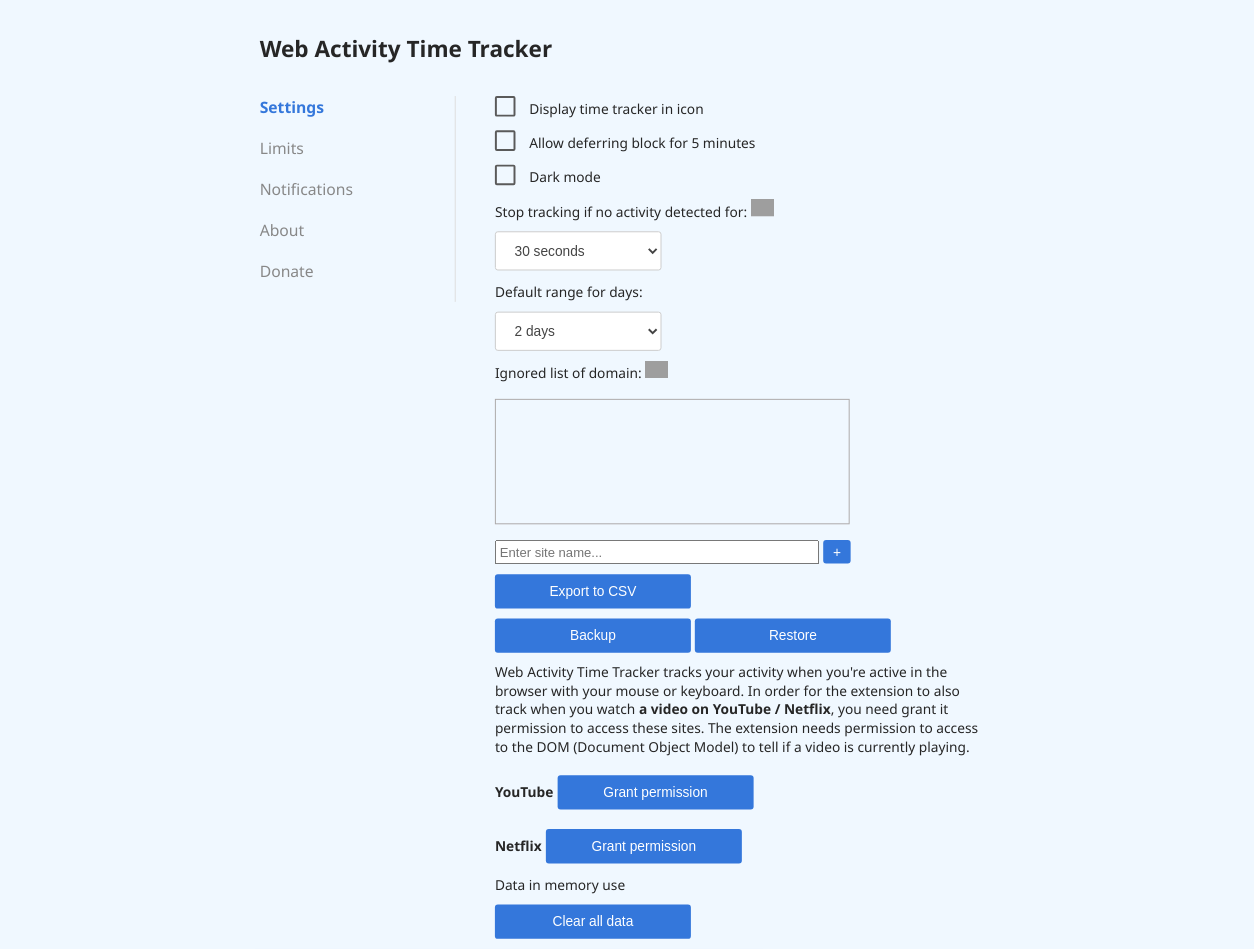
Repository: Inakhoyan/Lab-Project
Page: options.html
An editor plug-in stored every save of this project. The page is shown before and after the next save, followed by the edit.
The browser window is 1280 px wide. The pictures show the whole page, at 98% of full size.
Pictures or frames that could not be fetched are drawn as grey boxes.

Above is the page before, as saved 2022-11-19 00:18:38.

### options.html
<!DOCTYPE html>
<html lang="en">
<head>
    <head>
        <meta charset="utf-8">
        <title>Web Activity Time Tracker</title>
        <!-- <link href="style/picker/standalone.min.css" rel="stylesheet">
        <link href="style/picker/clockpicker.min.css" rel="stylesheet"> -->
        <link href="style/settings.css" rel="stylesheet">
        <script src="scripts/common.js"></script>
        <script src="scripts/storage.js"></script>
        <script src="scripts/settings.js"></script>
        <script src="scripts/restriction.js"></script>
        <script src="scripts/url.js"></script>
        <!-- <script src="scripts/picker/jquery-3.3.1.min.js"></script>
        <script src="scripts/picker/clockpicker.min.js"></script> -->
    </head>
</head>
<body>
    <body>
        <div class="content">
            <div class="header">
                <p class="title">Web Activity Time Tracker</p>
            </div>
            <div id="nav" class="nav">
                <a id="settingsBtn" class="active">Settings</a>
                <a id="restrictionsBtn">Limits</a>
                <a id="notifyBtn">Notifications</a>
                <a id="aboutBtn">About</a>
                <a id="donateBtn">Donate</a>
            </div>
            <div id="block">
                <div id="settingsBlock">
                    <label>
                        <input type="checkbox" class="filled-in" id="viewTimeInBadge">
                        <span>Display time tracker in icon</span>
                    </label>
                    <div class="margin-top-10">
                        <label>
                            <input type="checkbox" class="filled-in" id="blockDeferral">
                            <span>Allow deferring block for 5 minutes</span>
                        </label>
                    </div>
                    <div class="margin-top-10">
                        <label>
                            <input type="checkbox" class="filled-in" id="darkMode">
                            <span>Dark mode</span>
                        </label>
                    </div>
                    <div class="margin-top-10">
                        <label>Stop tracking if no activity detected for: </label>
                        <div class="tooltip"><img src="/icons/information.svg" height="18">
                            <span class="tooltiptext">An activity is an action with a mouse or keyboard</span>
                        </div>
                        <div class="margin-top-10">
                            <select id="intervalInactivity" class="option">
                                <option value="30">30 seconds</option>
                                <option value="45">45 seconds</option>
                                <option value="60">1 min</option>
                                <option value="120">2 min</option>
                                <option value="300">5 mins</option>
                                <option value="600">10 mins</option>
                                <option value="1200">20 mins</option>
                                <option value="1800">30 mins</option>
                            </select>
                        </div>
                        <div class="margin-top-10"><label>Default range for days:</label></div>
                        <div class="margin-top-10">
                            <select id="rangeToDays" class="option">
                                <option value="days2">2 days</option>
                                <option value="days3">3 days</option>
                                <option value="days4">4 days</option>
                                <option value="days5">5 days</option>
                                <option value="days6">6 days</option>
                                <option value="days7">7 days</option>
                                <option value="month1">1 month</option>
                                <option value="month2">2 month</option>
                                <option value="month3">3 month</option>
                            </select>
                        </div>
                        <div class="margin-top-10">
                            <label>Ignored list of domain: </label>
                            <div class="tooltip"><img src="/icons/information.svg" height="18">
                                <span class="tooltiptext">Activity for these domains not will tracked</span>
                            </div>
                            <div class="margin-top-10">
                                <ul id="blackList" class="listbox" size="7"></ul>
                            </div>
                            <div class="margin-top-10">
                                <input type="text" placeholder="Enter site name..." id="addBlackSiteLbl">
                                <input type="button" value="+" id="addBlackSiteBtn">
                            </div>
                            <div class="notify warning" id="notifyForBlackList" hidden="">
                                The site is already in the list
                            </div>
                        </div>
                        <div class="margin-top-10">
                            <input type="button" value="Export to CSV" id="exportToCsv">
                        </div>
                        <div class="margin-top-10">
                            <input type="button" value="Backup" id="backup">
                            <input type="button" value="Restore" id="restore">
                            <input id="file-input-backup" class="hidden" type="file" name="backupFile">
                        </div>
                        <div class="notify" id="notify-backup" hidden="">
                            Backup completed successfully
                        </div>
                        <div class="notify" id="notify-restore" hidden="">
                            Restore completed successfully
                        </div>
                        <div class="notify warning" id="notify-restore-failed" hidden="">
                            Backup file is not valid
                        </div>
                        <!-- YouTube -->
                        <div class="margin-top-10">
                            <label class="block">Web Activity Time Tracker tracks your activity when you're active in
                                the browser with your mouse or keyboard.
                                In order for the extension to also track when you watch <span class="bold">a video on
                                    YouTube / Netflix</span>, you need grant it
                                permission to access these sites.
                                The extension needs permission to access to the DOM (Document Object Model) to tell if a video is currently playing.</label>
                        </div>
                        <div class="margin-top-10">
                            <label class="bold site-name">YouTube</label>
                            <input class="margin-top-10 permission-btn" type="button" value="Grant permission" id="grantPermissionForYT">
                            <div id="permissionSuccessedBlockForYT" hidden="">
                                <img src="/icons/success.png" height="18">
                                <label>Permissions have been granted</label>
                            </div>
                        </div>
                        <!-- Netflix -->
                        <div class="margin-top-10">
                            <label class="bold site-name">Netflix</label>
                            <input class="margin-top-10 permission-btn" type="button" value="Grant permission" id="grantPermissionForNetflix">
                            <div id="permissionSuccessedBlockForNetflix" hidden="">
                                <img src="/icons/success.png" height="18">
                                <label>Permissions have been granted</label>
                            </div>
                        </div>
                        <div class="margin-top-10">
                            <label>Data in memory use </label><label id="memoryUse"></label>
                        </div>
                        <div class="margin-top-10"><input type="button" value="Clear all data" id="clearAllData"></div>
                        <div class="notify" id="notify" hidden="">
                            Data successfully deleted
                        </div>
                    </div>
                </div>
                <div id="restrictionsBlock" hidden="">
                    <label>Access daily restrictions for websites: </label>
                    <div class="tooltip"><img src="/icons/information.svg" height="18">
                        <span class="tooltiptext">Set the maximum time allowed on the site per day. After this time, has elapsed the site will be blocked.
                            Restrictions can be configured for specific paths on a site as well.</span>
                    </div>
                    <div class="margin-top-10">
                        <input type="text" class="label-with-list" placeholder="Enter site name..." id="addRestrictionSiteLbl">
                        <div class="inline-block clockpicker" data-placement="left" data-align="top" data-autoclose="true">
                            <input type="text" class="clock" placeholder="Time..." readonly="" id="addRestrictionTimeLbl">
                        </div>
                        <input type="button" value="+" class="btn-with-list" id="addRestrictionSiteBtn">
                    </div>
                    <div class="margin-top-10">
                        <ul id="restrictionsList" class="listbox list" size="10"></ul>
                    </div>
                    <div class="notify warning notify-width-300" id="notifyForRestrictionList" hidden="">
                        The site is already in the list
                    </div>
                </div>
                <div id="notifyBlock" hidden="">
                    <label>List of sites with notifications: </label>
                    <div class="tooltip"><img src="/icons/information.svg" height="18">
                        <span class="tooltiptext">Show notifications every time you spend a specified time interval on the
                            site. Notifications can be configured for specific paths on a site as well.</span>
                    </div>
                    <div class="margin-top-10">
                        <input type="text" class="label-with-list" placeholder="Enter site name..." id="addNotifySiteLbl">
                        <div class="inline-block clockpicker" data-placement="left" data-align="top" data-autoclose="true">
                            <input type="text" class="clock" placeholder="Time..." readonly="" id="addNotifyTimeLbl">
                        </div>
                        <input type="button" class="btn-with-list" value="+" id="addNotifySiteBtn">
                    </div>
                    <div class="margin-top-10">
                        <ul id="notifyList" class="listbox list" size="10"></ul>
                    </div>
                    <div class="margin-top-10">
                        <label>You can set message for notification: </label>
                        <div class="setting-notify-block">
                            <img src="icons/128x128.png" class="setting-notify-img">
                            <div class="setting-notify-message-block">
                                <span class="setting-notify-title">Web Activity Time Tracker</span>
                                <input type="text" class="setting-notify-message" id="notifyMessage">
                            </div>
                        </div>
                    </div>
                    <div class="margin-top-10">
                        <label class="block">In order to Web Activity Time Tracker showed notifications every time you spend
                            a specified time interval on the site, you need grant permission to access for notifications.
                        </label>
                        <input class="margin-top-10 permission-btn" type="button" value="Grant permission" id="grantPermissionForNotifications">
                        <div id="permissionSuccessedBlockForNotifications" hidden="">
                            <img src="/icons/success.png" height="18">
                            <label>Permissions have been granted</label>
                        </div>
                    </div>
                    <div class="notify warning notify-width-300" id="notifyForNotifyList" hidden="">
                        The site is already in the notify list
                    </div>
                </div>
                <div id="aboutBlock" hidden="">
                    <div><label id="version"></label></div>
                    <div class="margin-top-20"><label>GitHub: <a href="https://github.com/Stigmatoz/web-activity-time-tracker" target="_blank">github.com/Stigmatoz/web-activity-time-tracker</a></label>
                    </div>
                    <div class="margin-top-20"><label>If you have feedback or would like to report an issue, you can do so
                            on
                            the <a href="https://github.com/Stigmatoz/web-activity-time-tracker/issues" target="_blank">GitHub
                                issues page</a></label>
                    </div>
                    <div class="margin-top-20">
                        <label>If experiencing problems, having questions or suggestions, please fill out <a href="https://chrome.google.com/webstore/detail/web-activity-time-tracker/hhfnghjdeddcfegfekjeihfmbjenlomm/support" target="_blank">support
                                form</a>.</label>
                    </div>
                    <div class="margin-top-20">
                        <label>Do you enjoy using Web Activity Time Tracker? <a href="https://chrome.google.com/webstore/detail/web-activity-time-tracker/hhfnghjdeddcfegfekjeihfmbjenlomm/reviews" target="_blank">Let me know!</a></label>
                    </div>
                </div>
                <div id="donateBlock" hidden="">
                    <div>
                        <label>You can support Web Activity Time Tracker by donating:</label>
                        <div class="margin-top-20">
                            <div class="inline-block">
                                <a class="bmc-button" target="_blank" href="https://www.buymeacoffee.com/webtracker"><img src="/icons/bmc-new-btn-logo.svg" alt="Buy me a coffee"><span>Buy me a
                                        coffee</span></a>
                            </div>
                        </div>
                    </div>
                </div>
            </div>
        </div>



    </body>
</body>
</html>

Loaded but not shown: scripts/common.js (210 lines, source omitted); scripts/url.js (66 lines, source omitted); scripts/storage.js (40 lines, source omitted); scripts/restriction.js (15 lines, source omitted); style/settings.css (349 lines, source omitted); scripts/settings.js (no copy from this time; the picture is the same without it)

After the next save:
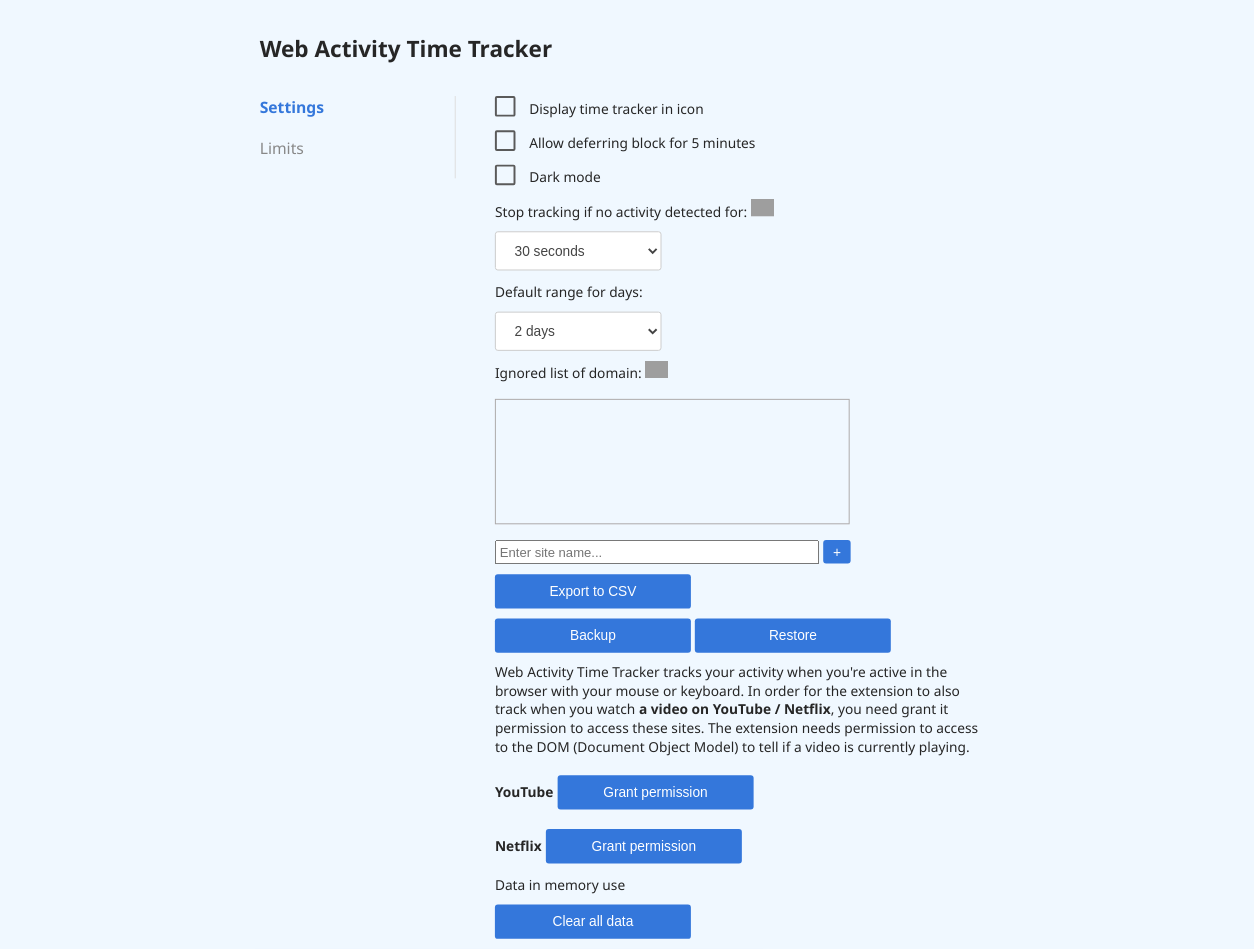
Saved 34 s later.
--- a/options.html
+++ b/options.html
@@ -25,9 +25,7 @@
             <div id="nav" class="nav">
                 <a id="settingsBtn" class="active">Settings</a>
                 <a id="restrictionsBtn">Limits</a>
-                <a id="notifyBtn">Notifications</a>
-                <a id="aboutBtn">About</a>
-                <a id="donateBtn">Donate</a>
+
             </div>
             <div id="block">
                 <div id="settingsBlock">

After the save that followed:
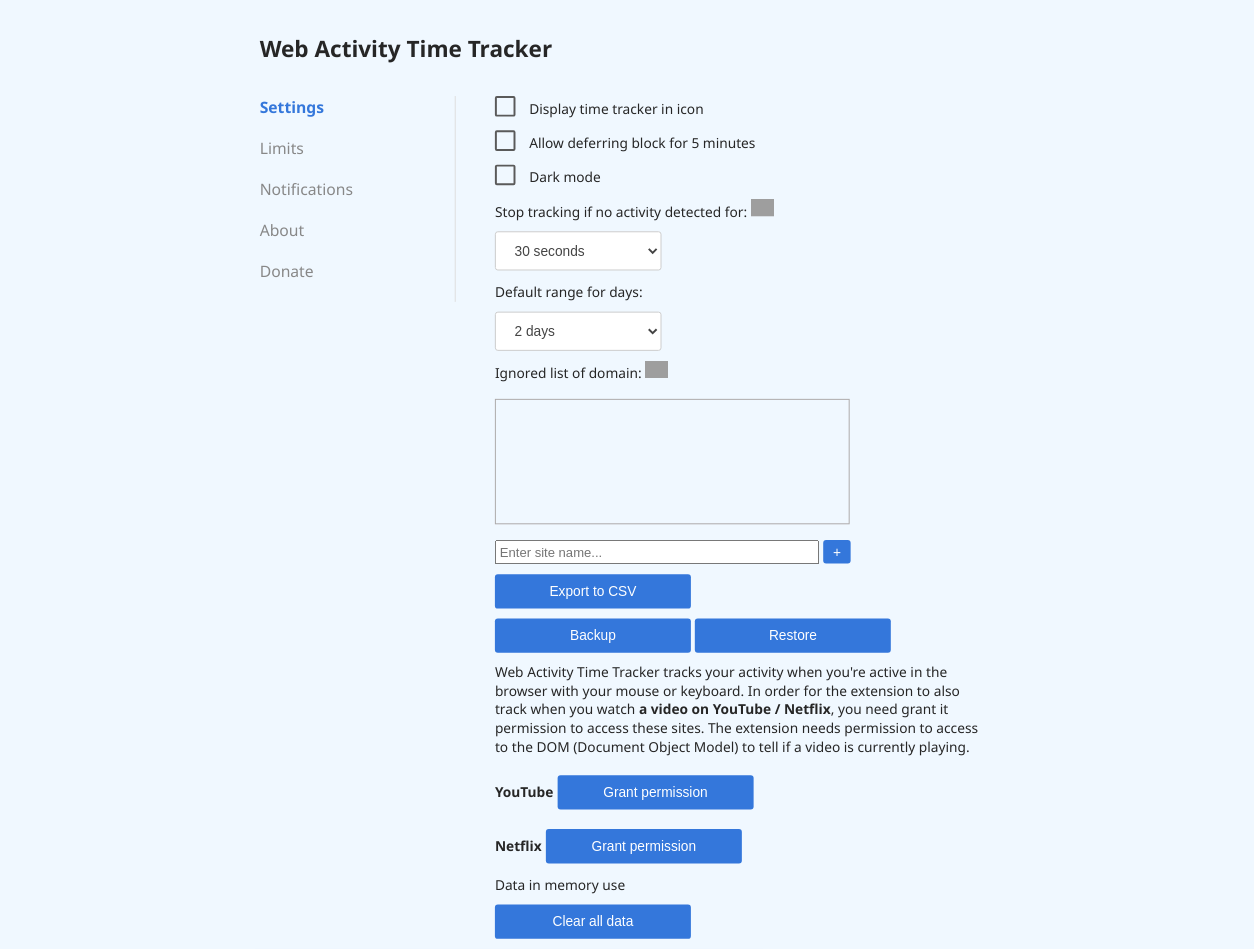
Saved 56 s later.
--- a/options.html
+++ b/options.html
@@ -25,7 +25,9 @@
             <div id="nav" class="nav">
                 <a id="settingsBtn" class="active">Settings</a>
                 <a id="restrictionsBtn">Limits</a>
-
+                <a id="notifyBtn">Notifications</a>
+                <a id="aboutBtn">About</a>
+                <a id="donateBtn">Donate</a>
             </div>
             <div id="block">
                 <div id="settingsBlock">
